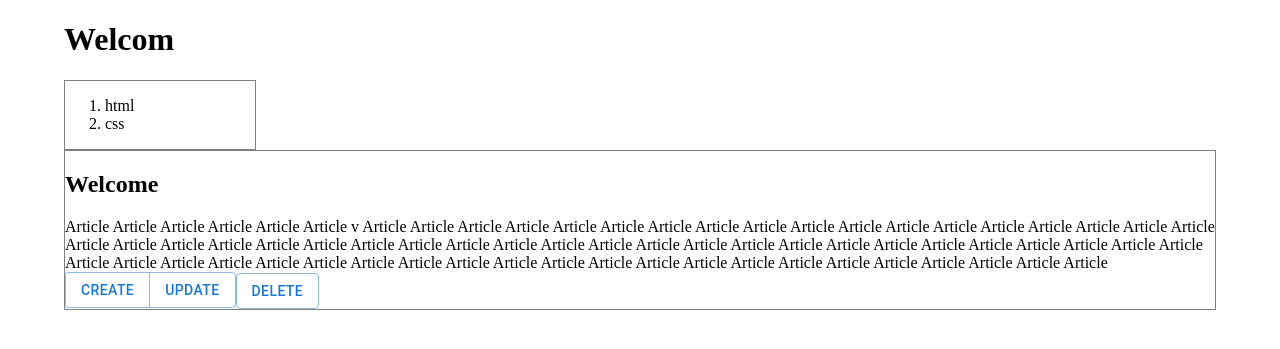
Repository: chlwpdnswku/nextjsportpolioclone
Page: /
An editor plug-in stored every save of this project. The page is shown before and after the next save, followed by the edit.
The browser window is 1280 px wide. The pictures show the whole page.
The project was rebuilt for these pictures with package versions that can differ from the ones it lists, and the page was loaded fresh each time. The framework's server and built-in components were replaced by stand-ins that run in the browser. Also part of the build but not shown: next.config.js.

Above is the page before, as saved 2022-08-05 16:11:18.

After the next save:
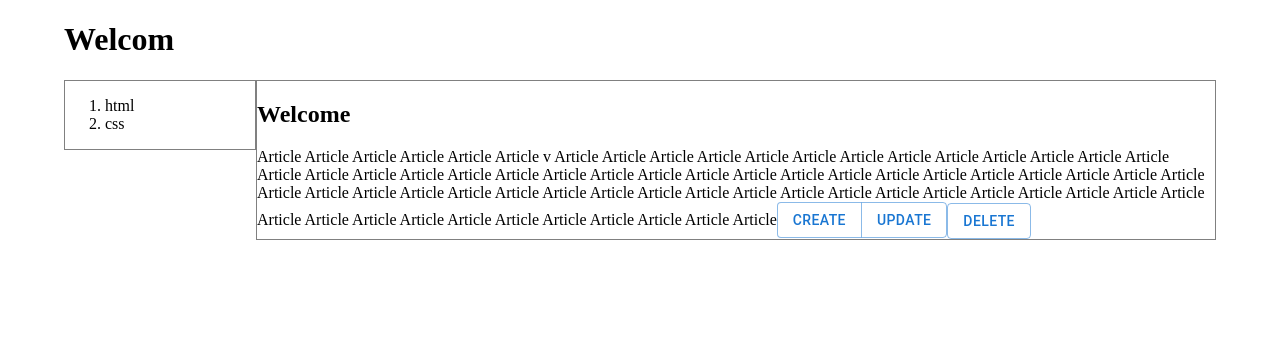
Saved 17 s later.
--- a/pages/index.tsx
+++ b/pages/index.tsx
@@ -13,10 +13,10 @@ const Home: NextPage = () => {
       <Header></Header>
       {/* 자신의 컨탠츠 크기만큼 가지게 된다 Grid */}
       <Grid container>
-        <Grid item xs='2'>
+        <Grid item xs={2}>
           <Nav></Nav>
         </Grid>
-        <Grid item>
+        <Grid item xs={10}>
           <Article></Article>
         </Grid>
       </Grid>
